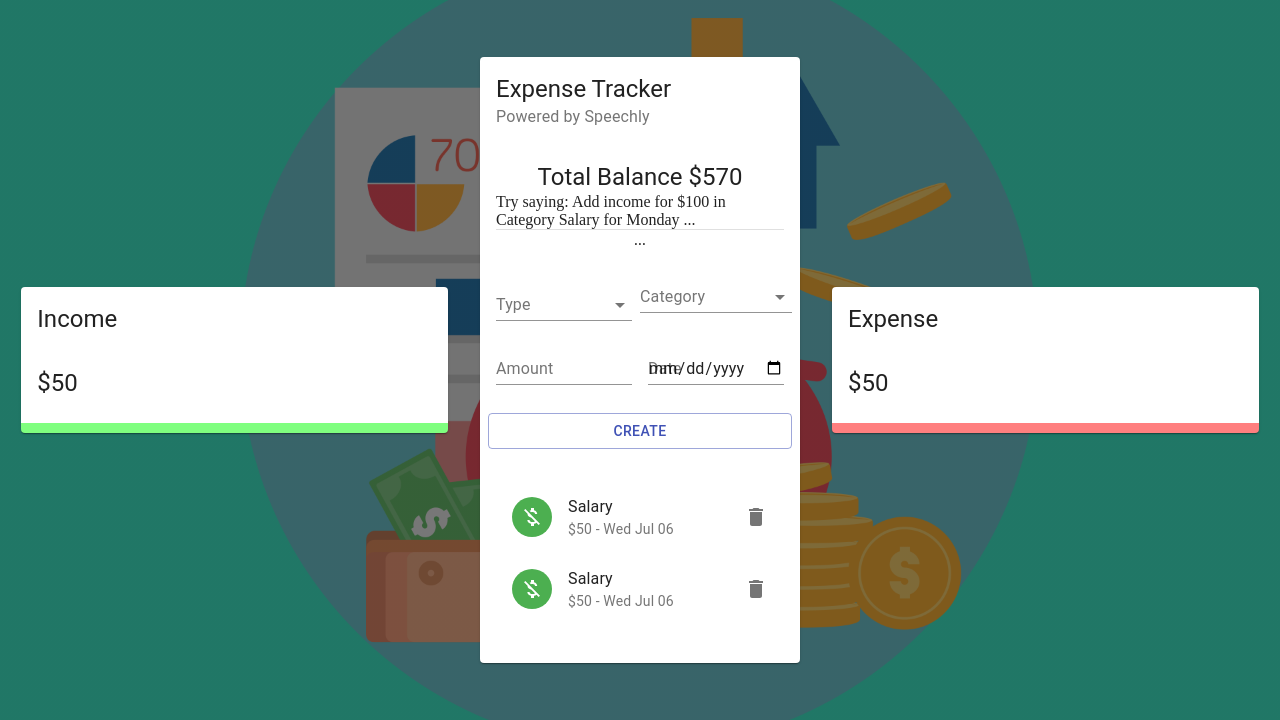
Repository: akinolapo/expense-tracker
Page: /
The author's editor kept a copy of each file at every save. The page is drawn from the files as they stood at one save, then again after a run of saves.
The browser window is 1280 px wide. The pictures show the whole page.
The project was rebuilt for these pictures with package versions that can differ from the ones it lists, and the page was loaded fresh each time.

Above is the page before, as saved 2022-07-06 14:24:49.

After the next 3 saves:
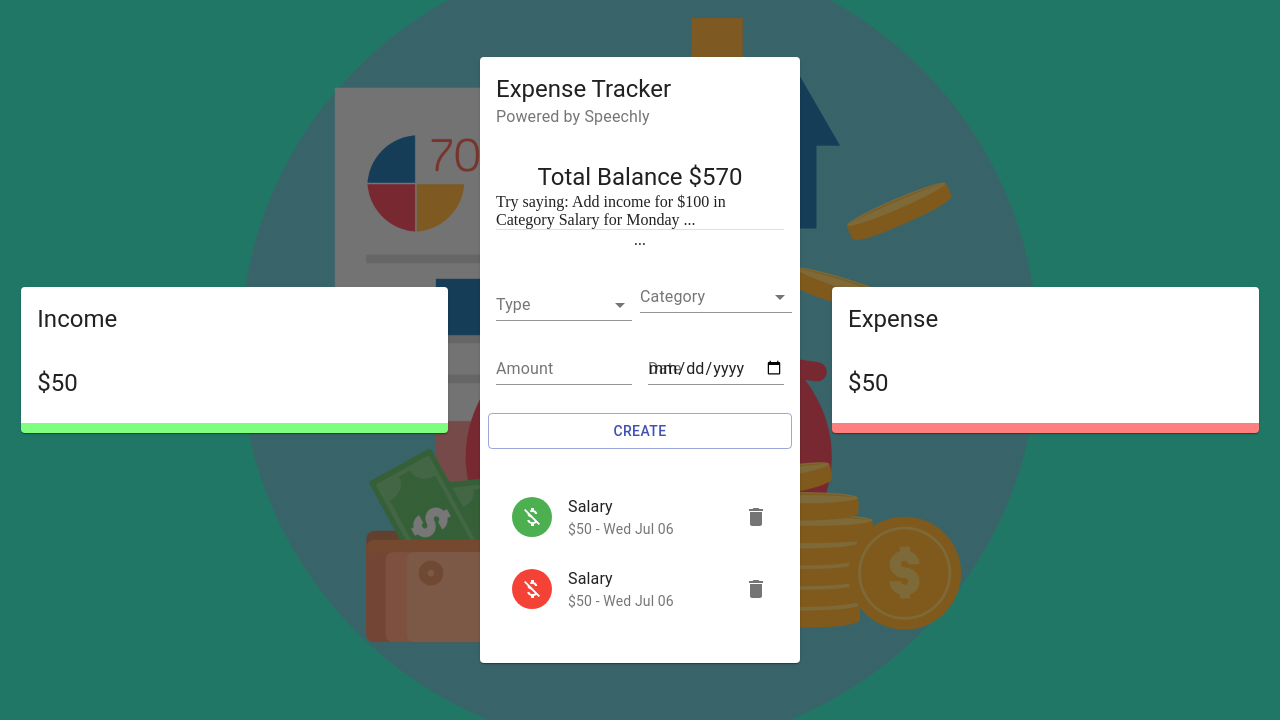
The 3 saves are shown as one change because they came seconds apart.
The last was saved 23 s later.
--- a/src/componets/Main/List/List.jsx
+++ b/src/componets/Main/List/List.jsx
@@ -10,7 +10,7 @@ const List = () => {
 
     const transactions = [
         { id: 1, type: "Income", category: "Salary", amount: "50", date: "Wed Jul 06"},
-        { id: 2, type: "Income", category: "Salary", amount: "50", date: "Wed Jul 06"},
+        { id: 2, type: "Expense", category: "Salary", amount: "50", date: "Wed Jul 06"},
         { id: 3, type: "Income", category: "Salary", amount: "50", date: "Wed Jul 06"}
     ]
   return (
